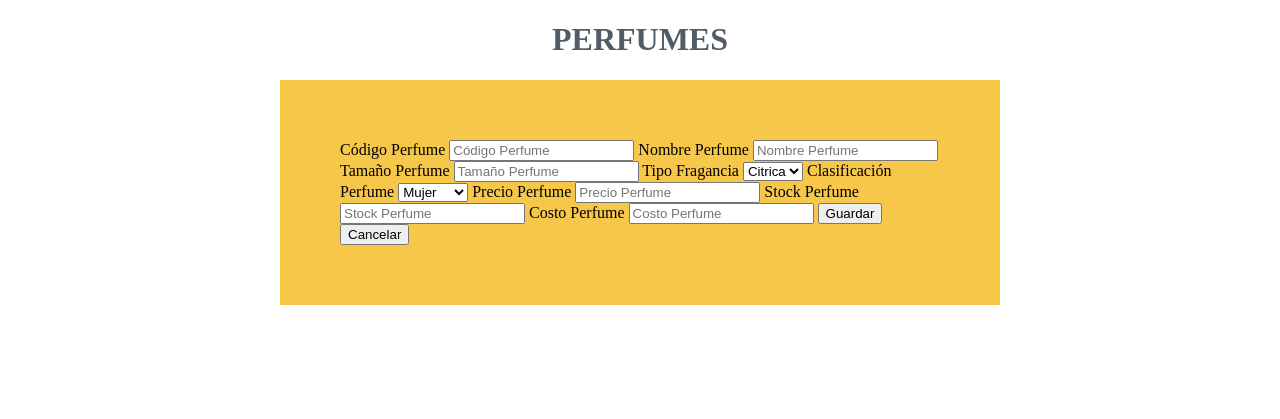
Repository: alejamorenovallejo/arosmile
Page: perfume.html
These files come from the project's save history. The page is drawn as it stood at one moment and after the next save; the edit follows.
The browser window is 1280 px wide. The pictures show the whole page.

Above is the page before, as saved 2021-09-12 02:25:52.
Not found: main.js

### perfume.html
<!DOCTYPE html>
<html>
  <head>
    <meta charset="utf-8" />
    <meta http-equiv="X-UA-Compatible" content="IE=edge" />
    <title>Perfumes</title>
    <meta name="viewport" content="width=device-width, initial-scale=1" />
    <link
      rel="stylesheet"
      type="text/css"
      media="screen"
      href="css/style.css"
    />
    <script src="main.js"></script>
  </head>
  <body>
    <header></header>
    <main>
        <h1>PERFUMES</h1>
        <form action="" method="POST">
          <label for="codigo_perfume">
            <span>Código Perfume</span>
            <input
              type="text"
              id="codigo_perfume"
              name="codigo_perfume"
              placeholder="Código Perfume"
            />
          </label>
          <label for="nombre_perfume">
            <span>Nombre Perfume</span>
            <input
              type="text"
              id="nombre_perfume"
              name="nombre_perfume"
              placeholder="Nombre Perfume"
            />
          </label>
          <label for="tamano_perfume">
            <span>Tamaño Perfume</span>
            <input
              type="number"
              id="tamano_perfume"
              name="tamano_perfume"
              placeholder="Tamaño Perfume"
            />
          </label>
          <label for="tipo_frangancia">
            <span>Tipo Fragancia</span>
            <select
              name="tipo_frangancia"
              id="tipo_frangancia"
              placeholder="Tipo Fragancia"
            >
              <option value="1">Citrica</option>
            </select>
          </label>
          <label for="clasificacion_perfume">
            <span>Clasificación Perfume</span>
            <select
              name="clasificacion_perfume"
              id="clasificacion_perfume"
              placeholder="Clasificación Perfume"
            >
              <option value="1">Mujer</option>
              <option value="2">Hombre</option>
              <option value="3">Infantil</option>
            </select>
          </label>
          <label for="precio_perfume">
            <span>Precio Perfume</span>
            <input
              type="number"
              id="precio_perfume"
              name="precio_perfume"
              placeholder="Precio Perfume"
            />
          </label>
          <label for="stock_perfume">
            <span>Stock Perfume</span>
            <input
              type="number"
              id="stock_perfume"
              name="stock_perfume"
              placeholder="Stock Perfume"
            />
          </label>
          <label for="costo_perfume">
            <span>Costo Perfume</span>
            <input
              type="number"
              id="costo_perfume"
              name="costo_perfume"
              placeholder="Costo Perfume"
            />
          </label>
          <input
            type="submit"
            id="guardar_perfume"
            name="guardar_perfume"
            value="Guardar"
          />
          <input
            type="button"
            id="cancelar_perfume"
            name="cancelar_perfume"
            value="Cancelar"
          />
        </form>
    </main>
  </body>
</html>

### css/style.css
form {
  padding: 60px;
  max-width: 600px;
  background-color: #F7C74A;
  margin: 0 auto;
}


h1 {
    text-align: center;
    color: #525c66;

}

After the next save:
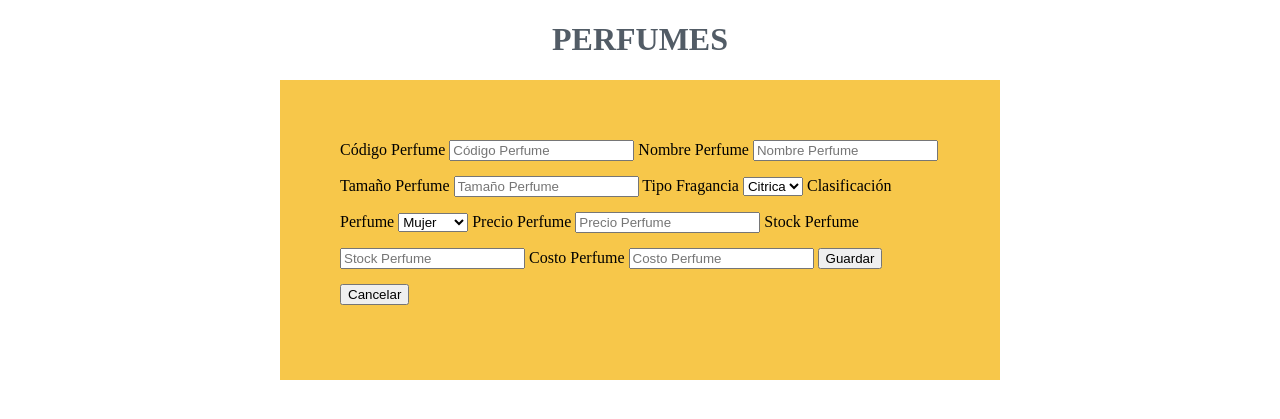
Saved 13 s later.
--- a/css/style.css
+++ b/css/style.css
@@ -4,7 +4,10 @@ form {
   background-color: #F7C74A;
   margin: 0 auto;
 }
+form input, form select,form label{
+    margin-bottom: 15px;
 
+}
 
 h1 {
     text-align: center;
